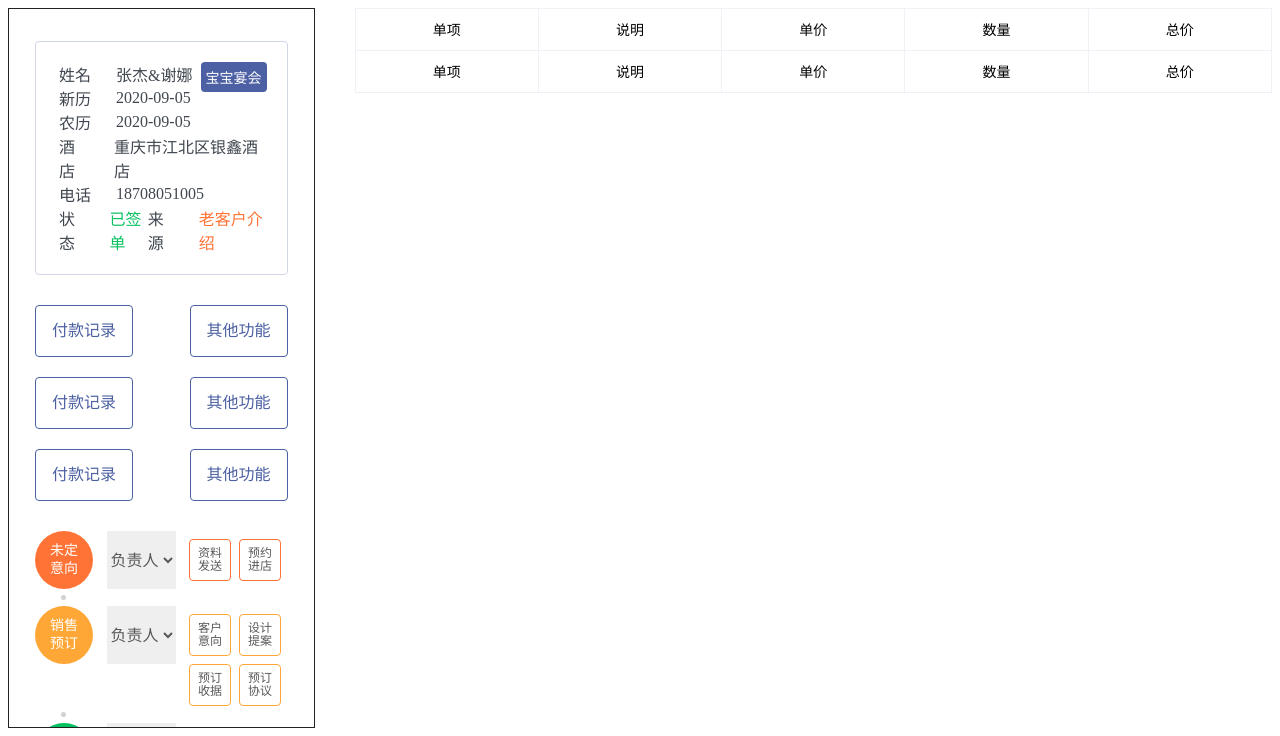
Repository: Lairuola/wedding-1
Page: index.html
The author's editor kept a copy of each file at every save. The page is drawn from the files as they stood at one save, then again after the next save.
The browser window is 1280 px wide. The pictures show the whole page.

Above is the page before, as saved 2020-12-24 15:41:20.

After the next save:
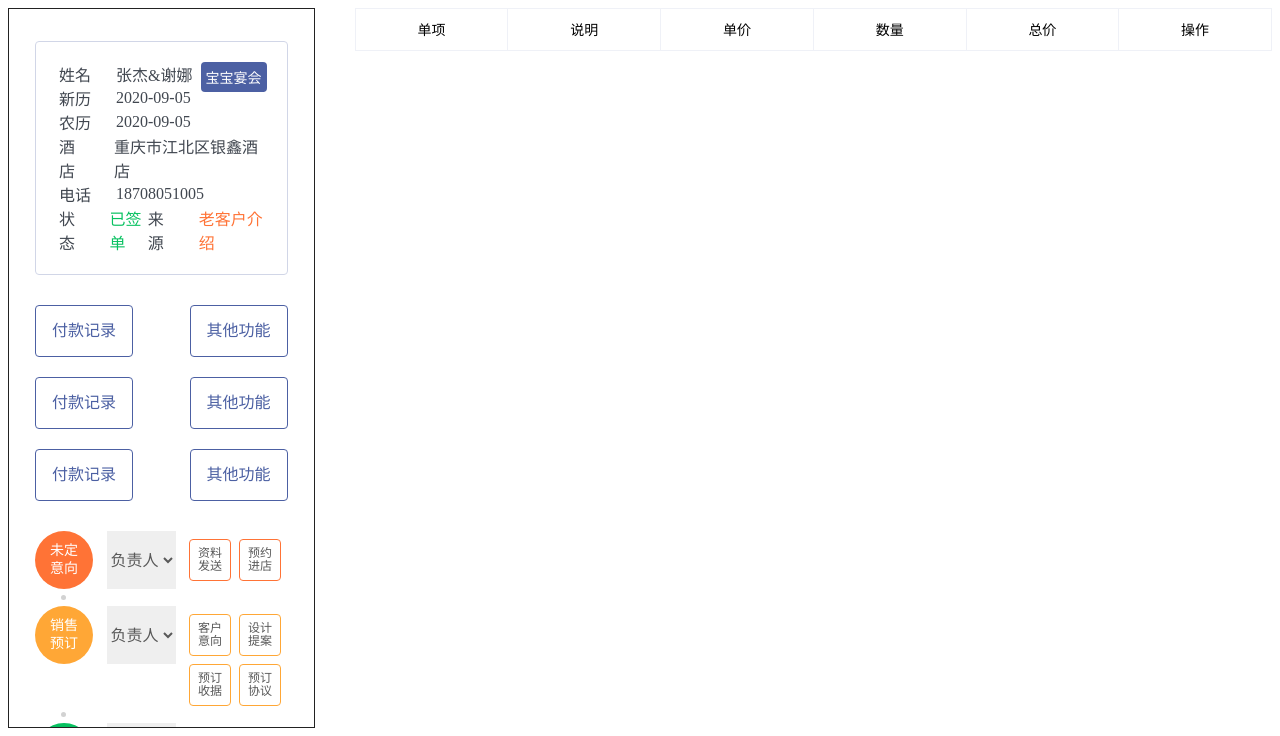
Saved 31 s later.
--- a/index.html
+++ b/index.html
@@ -2,7 +2,7 @@
  * @Author       : 濑若拉
  * @Date         : 2020-12-17 10:22:14
  * @LastEditors  : 濑若拉
- * @LastEditTime : 2020-12-24 15:41:17
+ * @LastEditTime : 2020-12-24 15:41:51
  * @FilePath     : /slidebar/index.html
 -->
 
@@ -490,13 +490,7 @@
       <div class="item">单价</div>
       <div class="item">数量</div>
       <div class="item">总价</div>
-    </div>
-    <div class="rows">
-      <div class="item">单项</div>
-      <div class="item">说明</div>
-      <div class="item">单价</div>
-      <div class="item">数量</div>
-      <div class="item">总价</div>
+      <div class="item">操作</div>
     </div>
   </div>
 </body>
